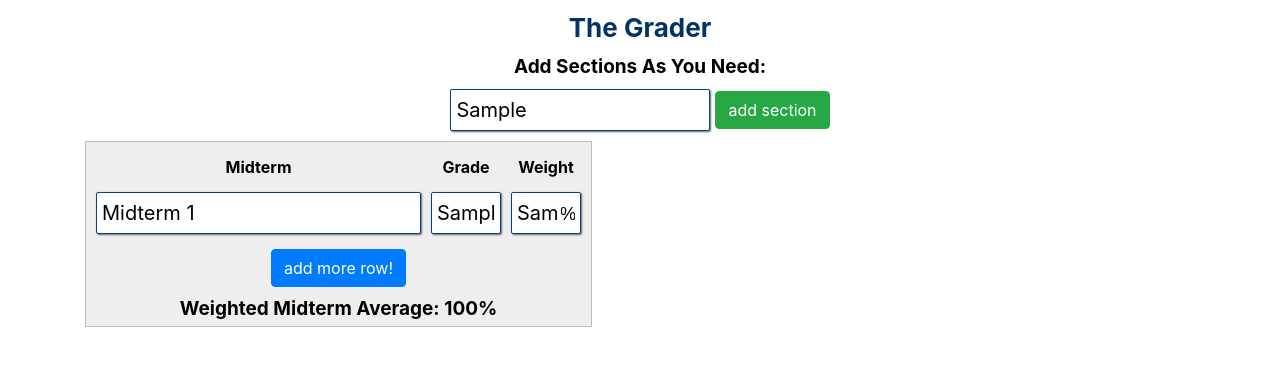
Repository: BarishNamazov/BarishNamazov.github.io
Page: thegrader/index.html
The author's editor kept a copy of each file at every save. The page is drawn from the files as they stood at one save, then again after the next save.
The browser window is 1280 px wide. The pictures show the whole page.
Empty fields were first filled with sample values (such as "Sample", 5 or name@example.com).
After loading, the first visible `input.gradeValue` was changed once.

Above is the page before, as saved 2020-10-31 18:17:55.
Console error: TypeError: weights[i].val is not a function

### thegrader/index.html
<!doctype html>
<html lang="en">
  <head>
    <meta charset="utf-8">
    <meta name="viewport" content="width=device-width, initial-scale=1, shrink-to-fit=no">

    <!-- Bootstrap CSS -->
    <link rel="stylesheet" href="https://cdn.jsdelivr.net/npm/bootstrap@4.5.3/dist/css/bootstrap.min.css" integrity="sha384-TX8t27EcRE3e/ihU7zmQxVncDAy5uIKz4rEkgIXeMed4M0jlfIDPvg6uqKI2xXr2" crossorigin="anonymous">

    <!-- Custon CSS -->
    <link rel="stylesheet" href="app.css">

    <title>The Grader</title>
  </head>
  <body>
    <div class="container">
      <div class="row">
        <div class="col-lg-12">
          <h1>The Grader</h1>

          <h3>Add Sections As You Need:</h3>

          <div class="divSectionAdder">
            <input type="text" class="sectionName" placeholder="section name (e.g. Quiz)"><button valign="center" class="btn btn-success sectionAdder" id="sectionAdder">add section</button>
          </div>

          <table class="gradePanel">
            <tbody>
              <tr>
                <td>
                  <table>
                    <tbody>
                      <tr class="rowHeader">
                        <td class="tableHeader tableName"><strong>Midterm</strong></td>
                        <td class="tableHeader"><strong>Grade</strong></td>
                        <td class="tableHeader"><strong>Weight</strong></td>
                      </tr>
                      <tr>
                        <td><input type="text" class="gradeName" value="Midterm 1" autocomplete="off"></td>
                        <td><input type="text" class="gradeValue" placeholder="100"></td>
                        <td><input type="text" class="gradeWeight percentIcon" placeholder="20"></td>
                      </tr>
                    </tbody>
                  </table>

                  <div class="moreRows"></div>

                  <button class="btn btn-primary rowAdder" id="section1RowAdder">add more row!</button>

                  <div class="gradeBar">
                    <h3>
                      Weighted <span class="nameOfSection">Midterm</span> Average: <span class="sectionAverage">100</span>%
                    </h3>
                  </div>
                </td>
              </tr>
            </tbody>
          </table>
          <div class="moreSections"></div>
        </div>
      </div>
    </div>



    <script src="https://code.jquery.com/jquery-3.5.1.slim.min.js" integrity="sha384-DfXdz2htPH0lsSSs5nCTpuj/zy4C+OGpamoFVy38MVBnE+IbbVYUew+OrCXaRkfj" crossorigin="anonymous"></script>
    <script src="https://cdn.jsdelivr.net/npm/bootstrap@4.5.3/dist/js/bootstrap.bundle.min.js" integrity="sha384-ho+j7jyWK8fNQe+A12Hb8AhRq26LrZ/JpcUGGOn+Y7RsweNrtN/tE3MoK7ZeZDyx" crossorigin="anonymous"></script>
    <script src="https://code.jquery.com/jquery-3.5.1.min.js" integrity="sha256-9/aliU8dGd2tb6OSsuzixeV4y/faTqgFtohetphbbj0=" crossorigin="anonymous"></script>
    <script src="scripts.js"></script>
  </body>
</html>

### thegrader/app.css
body,p,td,div,input,th,li,textarea{font-size:16px;color:#000;}

body{background:#fff;margin:0px;padding:0px;border:0;text-align: center;}

h1 {
  text-align: center;
  color: blue;
}
.divSectionAdder{
  margin: 10px auto;
  display: flex;
  align-items: center;
  justify-content: center;
}
.sectionName{
  margin-right: 5px;
  width: 260px;
}
.gradePanel{
	background:#eee;
	border: solid 1px #bbbbbb;
  padding: 10px;
  margin-bottom: 10px;
}
td{
  padding: 5px;
}

h1{color:#003366;font-size:26px;font-weight:bold;padding:0;margin:12px 0;}
#resulth1{background-color:#ffefe7;padding:0px 5px 0px 5px;border-top:#930 1px dotted;}
h2{font-size:22px;font-weight:bold;color:#003366;padding:0; margin-bottom: 2px;}
h3{font-size:19px;font-weight:bold;}
hr{border:0;color:#aaa;background-color:#aaa;height:1px;}
a{color:#069;text-decoration:underline;}
a:hover{text-decoration:none;}
input{padding: 5px;color:#000;}
select{padding: 4px;color:#000;}
option{font-size:16px;}
input[type=text],
input[type=number],
select {
	border: 1px solid #044284;
	border-radius: 2px;
	box-shadow: 1px 1px 2px #666;
	font-size:20px;
}

.tableHeader{
  text-align: center;
}
.rowHeader{
  height: 40px;
}
.gradeWeight, .gradeValue{
  text-align:center;
  width: 70px;
}
.percentIcon{
	background: white url('media/percent.svg') right 5px center no-repeat;
  padding-right: 22px;
}
.rowAdder{
  margin: 10px auto;
}
h3{
  display: inline;
}

### thegrader/scripts.js
var newRow = "<table><tbody><tr><td><input type=\"text\" class=\"gradeName\" value=\"Midterm X\" autocomplete=\"off\"></td><td><input type=\"text\" class=\"gradeValue\"></td><td><input type=\"text\" class=\"gradeWeight percentIcon\"></td></tr></tbody></table>\n ";

var newSection = "<table class=\"gradePanel\"> <tbody> <tr> <td> <table> <tbody> <tr class=\"rowHeader\"> <td class=\"tableHeader tableName\"><strong>Midterm</strong></td> <td class=\"tableHeader\"><strong>Grade</strong></td> <td class=\"tableHeader\"><strong>Weight</strong></td> </tr> <tr> <td><input type=\"text\" class=\"gradeName\" value=\"Midterm 1\" autocomplete=\"off\"></td> <td><input type=\"text\" class=\"gradeValue\" placeholder=\"100\"></td> <td><input type=\"text\" class=\"gradeWeight percentIcon\" placeholder=\"20\"></td> </tr> </tbody> </table> <div class=\"moreRows\"></div> <button class=\"btn btn-primary rowAdder\">add more row!</button> </td> </tr> </tbody> </table>";

if (!String.prototype.splice) {
  String.prototype.splice = function(start, delCount, newSubStr) {
      return this.slice(0, start) + newSubStr + this.slice(start + Math.abs(delCount));
  };
}

var sectionCount = 1;

function rowAdder(){
  var idx = $(this).parents(".gradePanel").find("table").length + 1;
  var namePanel = $(this).parents(".gradePanel").find(".tableName").text();
  var editedRow = newRow.replace("Midterm X", namePanel + " " + idx);
  $(this).parents(".gradePanel").find(".moreRows").before(editedRow);
}
$(".rowAdder").on("click", rowAdder);

function sectionAdder(dir){
  var x = (typeof dir == "string") ? $(dir) : $(this);
  var sectionInputName = $(".sectionName").val();
  if (!sectionInputName) return;
  var editedSection = newSection.replaceAll("Midterm", sectionInputName);

  $(".moreSections").before(editedSection);

  $(".rowAdder").eq(sectionCount++).on("click", rowAdder);

  $(".sectionName").val(null);
}


$(".sectionAdder").on("click", sectionAdder);
$(".sectionName").on("keypress", function(e) {
  if (e.which == 13) {
    sectionAdder(".sectionName");
  }
})

function updateSectionGrade() {
  var section = $(this).parents(".gradePanel");
  var grades = section.find(".gradeValue"), weights = section.find(".gradeValue");
  var contribution = 0.0;
  for (var i = 0; i < grades.length; i++) {
    console.log(grades[i]);
    contribution += Number(grades[i].value) * Number(weights[i].val()) / 100.0;
  }
  section.find(".sectionAverage").text(contribution);
}

$(".gradeValue").change(updateSectionGrade);
$(".gradeWeight").change(updateSectionGrade);

After the next save:
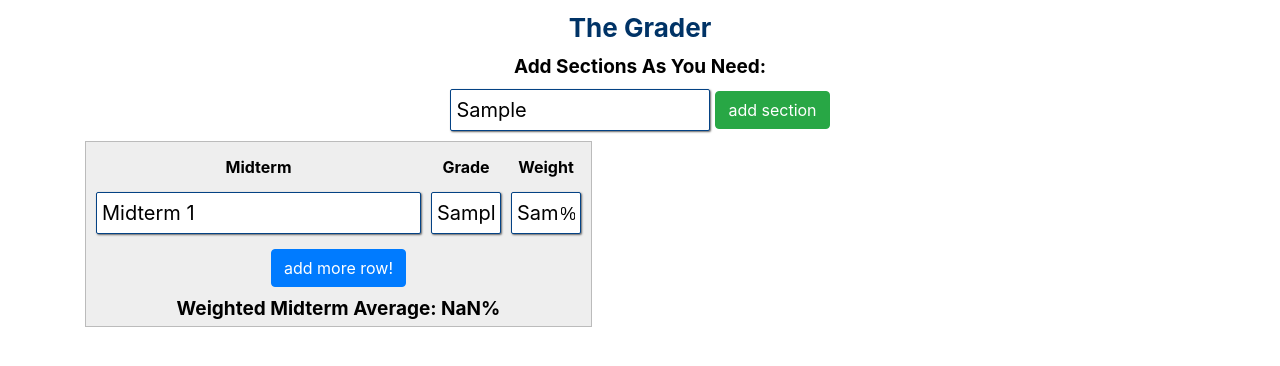
The error is gone.
Saved 8 s later.
--- a/thegrader/scripts.js
+++ b/thegrader/scripts.js
@@ -45,7 +45,7 @@ function updateSectionGrade() {
   var contribution = 0.0;
   for (var i = 0; i < grades.length; i++) {
     console.log(grades[i]);
-    contribution += Number(grades[i].value) * Number(weights[i].val()) / 100.0;
+    contribution += Number(grades[i].value) * Number(weights[i].value) / 100.0;
   }
   section.find(".sectionAverage").text(contribution);
 }
